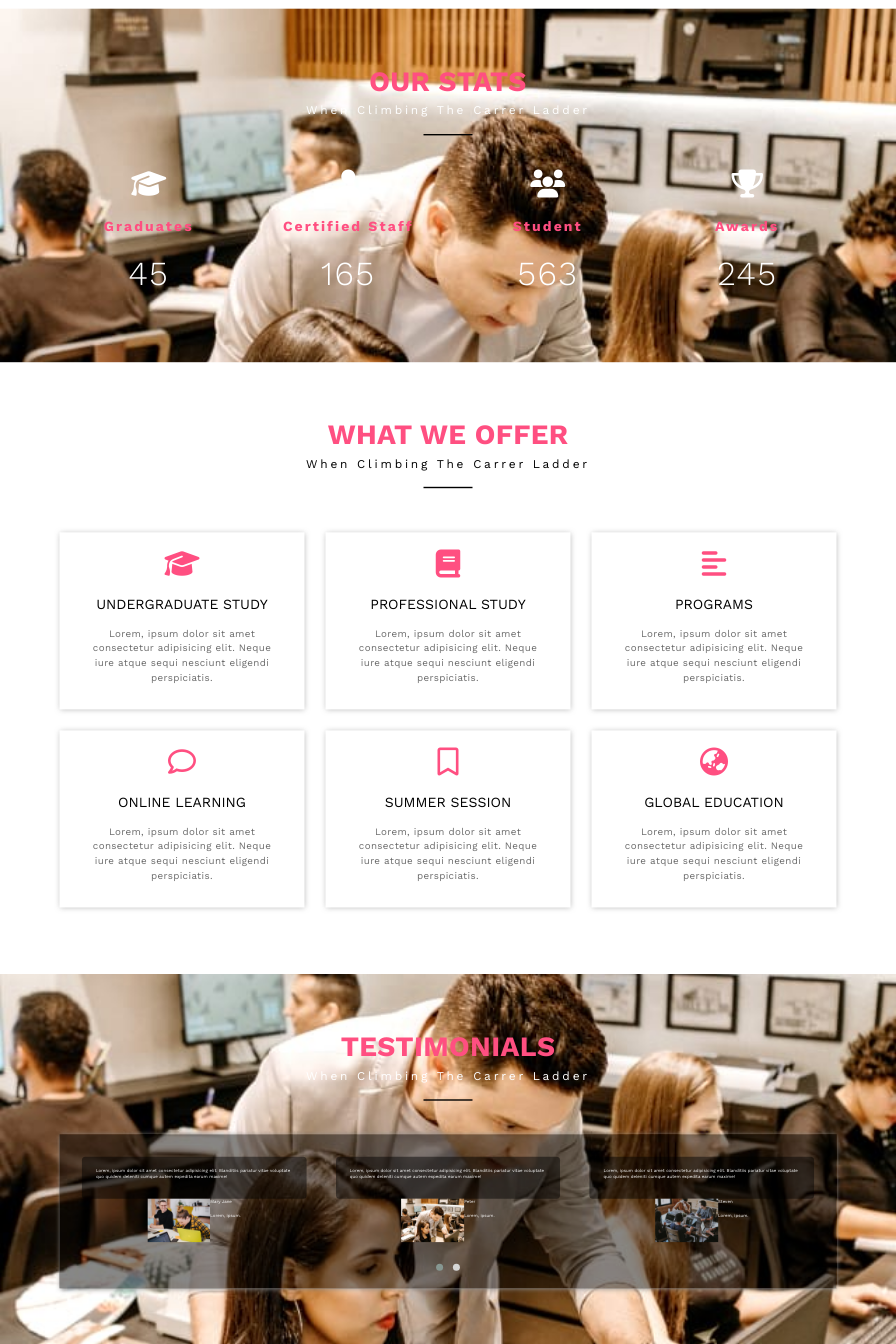
Repository: tudo1611/BC44_BOOTSTRAP_B7_INSTRUCTION_DO-TRUNG-TU
Page: index.html
An editor plug-in stored every save of this project. The page is shown before and after a run of saves, followed by the edit.
The browser window is 1280 px wide. The pictures show the part of the page from y = 1789 to 3709 px (the page is 3709 px tall before and 3686 px after), at 70% of full size.
Backgrounds fixed to the window are drawn as part of the page.

Above is the page before, as saved 2023-01-20 14:37:49.

### index.html
<!DOCTYPE html>
<html lang="en">
  <head>
    <meta charset="UTF-8" />
    <meta http-equiv="X-UA-Compatible" content="IE=edge" />
    <meta name="viewport" content="width=device-width, initial-scale=1.0" />
    <title>Instruction Cyber</title>
    <!-- bs4 css  -->
    <link
      rel="stylesheet"
      href="https://cdn.jsdelivr.net/npm/bootstrap@4.5.3/dist/css/bootstrap.min.css"
      integrity="sha384-TX8t27EcRE3e/ihU7zmQxVncDAy5uIKz4rEkgIXeMed4M0jlfIDPvg6uqKI2xXr2"
      crossorigin="anonymous"
    />
    <!-- font awesome -->
    <link
      rel="stylesheet"
      href="https://cdnjs.cloudflare.com/ajax/libs/font-awesome/6.2.1/css/all.min.css"
      integrity="sha512-MV7K8+y+gLIBoVD59lQIYicR65iaqukzvf/nwasF0nqhPay5w/9lJmVM2hMDcnK1OnMGCdVK+iQrJ7lzPJQd1w=="
      crossorigin="anonymous"
      referrerpolicy="no-referrer"
    />
    <!-- font gg  -->
    <link rel="preconnect" href="https://fonts.googleapis.com" />
    <link rel="preconnect" href="https://fonts.gstatic.com" crossorigin />
    <link
      href="https://fonts.googleapis.com/css2?family=Work+Sans:wght@300;400;700&display=swap"
      rel="stylesheet"
    />
    <!-- owl carousel  -->
    <link rel="stylesheet" href="./css/owl.carousel.min.css" />
    <link rel="stylesheet" href="./css/owl.theme.default.min.css" />
    <!-- main css -->
    <link rel="stylesheet" href="./css/index.css" />
  </head>
  <body>
    <!-- header  -->
    <header>
      <div
        class="header__top d-flex justify-content-between align-items-center py-2 container-fluid"
      >
        <div class="header__left">
          <a href="tel:0961051014" class="text-white mr-4"
            ><i class="fa-solid fa-phone"></i> 096.105.1014</a
          >
          <a href="mailto:info@cybersoft.edu.vn" class="text-white"
            ><i class="fa-regular fa-envelope"></i> info@cybersoft.edu.vn</a
          >
        </div>
        <div class="header__right">
          <a href="#"><i class="fab fa-facebook-f"></i></a>
          <a href="#"><i class="fab fa-twitter"></i></a>
          <a href=""><i class="fab fa-pinterest"></i></a>
          <a href=""><i class="fab fa-linkedin-in"></i></a>
        </div>
      </div>
      <nav class="navInstruction navbar navbar-expand-lg container">
        <a class="navbar-brand text-center" href="#">
          <p class="mb-0"><i class="fa fa-book"></i> INSTRUCTION</p>
          <p class="mb-0">EDUCATION</p>
        </a>
        <button
          class="navbar-toggler"
          type="button"
          data-toggle="collapse"
          data-target="#navbarInstruction"
          aria-controls="navbarNavDropdown"
          aria-expanded="false"
          aria-label="Toggle navigation"
        >
          <i class="fa fa-bars"></i>
        </button>
        <div class="collapse navbar-collapse" id="navbarInstruction">
          <ul class="navbar-nav ml-auto">
            <li class="nav-item active">
              <a class="nav-link" href="#"
                >HOME <span class="sr-only">(current)</span></a
              >
            </li>
            <li class="nav-item">
              <a class="nav-link" href="#">ABOUT</a>
            </li>
            <li class="nav-item">
              <a class="nav-link" href="#">SERVICES</a>
            </li>
            <li class="nav-item">
              <a class="nav-link" href="#">GALLERY</a>
            </li>
            <li class="nav-item dropdown">
              <a
                class="nav-link dropdown-toggle"
                href="#"
                id="navbarDropdownMenuLink"
                role="button"
                data-toggle="dropdown"
                aria-haspopup="true"
                aria-expanded="false"
              >
                PAGES
              </a>
              <div
                class="dropdown-menu"
                aria-labelledby="navbarDropdownMenuLink"
              >
                <a class="dropdown-item" href="#">Codes</a>
                <a class="dropdown-item" href="#">Icons</a>
              </div>
            </li>
            <li class="nav-item">
              <a class="nav-link" href="#">CONTACT</a>
            </li>
          </ul>
        </div>
      </nav>
    </header>
    <!-- carousel -->
    <section class="cyberCarousel">
      <div id="carouselCyber" class="carousel slide" data-ride="carousel">
        <ol class="carousel-indicators">
          <li
            data-target="#carouselCyber"
            data-slide-to="0"
            class="active"
          ></li>
          <li data-target="#carouselCyber" data-slide-to="1"></li>
          <li data-target="#carouselCyber" data-slide-to="2"></li>
        </ol>
        <div class="carousel-inner">
          <div class="carousel-item active">
            <img src="./img/g1.jpg" class="d-block w-100" alt="..." />
            <div class="container carousel-caption d-none d-md-block">
              <h1>Graphic Work Designing.</h1>
              <p>
                Any successful career statrs with good education. Together with
                us you will have deeper knownledge of the subjects
              </p>
              <button class="btn">
                Read More <i class="fa fa-angle-double-right"></i>
              </button>
            </div>
          </div>
          <div class="carousel-item">
            <img src="./img/g2.jpg" class="d-block w-100" alt="..." />
            <div class="container carousel-caption d-none d-md-block">
              <h1>Financial Analyst Course.</h1>
              <p>
                Any successful career statrs with good education. Together with
                us you will have deeper knownledge of the subjects
              </p>
              <button class="btn">
                Read More <i class="fa fa-angle-double-right"></i>
              </button>
            </div>
          </div>
          <div class="carousel-item">
            <img src="./img/g3.jpg" class="d-block w-100" alt="..." />
            <div class="container carousel-caption d-none d-md-block">
              <h1>Digital Marketing Course.</h1>
              <p>
                Any successful career statrs with good education. Together with
                us you will have deeper knownledge of the subjects
              </p>
              <button class="btn">
                Read More <i class="fa fa-angle-double-right"></i>
              </button>
            </div>
          </div>
        </div>
        <a
          class="carousel-control-prev"
          href="#carouselCyber"
          role="button"
          data-slide="prev"
        >
          <span class="carousel-control-prev-icon" aria-hidden="true"></span>
          <span class="sr-only">Previous</span>
        </a>
        <a
          class="carousel-control-next"
          href="#carouselCyber"
          role="button"
          data-slide="next"
        >
          <span class="carousel-control-next-icon" aria-hidden="true"></span>
          <span class="sr-only">Next</span>
        </a>
      </div>
    </section>
    <!-- welcome  -->
    <section class="welcome section">
      <div class="heading">
        <h2>WELCOME TO EDUCATION</h2>
        <p>When Climbing The Carrer Ladder</p>
      </div>
      <div class="welcome__content">
        <p>
          Lorem ipsum dolor sit amet consectetur adipisicing elit. Sed ut eaque
          voluptatem officiis dolorem? Dolore, quia. Id deleniti in tenetur!
        </p>
        <div class="welcome__courses container">
          <div class="row">
            <div class="welcome__col col-4 border border-dark">
              <div class="welcome__item">
                <i class="fa fa-desktop"></i>
                <h3>Design Course</h3>
                <h4>Fashion Design</h4>
                <p>Lorem ipsum dolor sit amet.</p>
                <h4>Interior Design</h4>
                <p>Lorem ipsum dolor sit amet.</p>
                <h4>Graphic Design</h4>
                <p>Lorem ipsum dolor sit amet.</p>
              </div>
            </div>
            <div class="welcome__col col-4 border border-dark">
              <div class="welcome__item">
                <i class="fa fa-arrows-alt"></i>
                <h3>Marketing Course</h3>
                <h4>Facebook Marketing</h4>
                <p>Lorem ipsum dolor sit amet.</p>
                <h4>Youtube Marketing</h4>
                <p>Lorem ipsum dolor sit amet.</p>
                <h4>Twitter Marketing</h4>
                <p>Lorem ipsum dolor sit amet.</p>
              </div>
            </div>
            <div class="welcome__col col-4 border border-dark">
              <div class="welcome__item">
                <i class="fa fa-chart-bar"></i>
                <h3>Financial Course</h3>
                <h4>Complexities Of Banking</h4>
                <p>Lorem ipsum dolor sit amet.</p>
                <h4>Compliance Regulation</h4>
                <p>Lorem ipsum dolor sit amet.</p>
                <h4>Finance Products</h4>
                <p>Lorem ipsum dolor sit amet.</p>
              </div>
            </div>
          </div>
        </div>
      </div>
    </section>
    <!-- our stats  -->
    <section class="ourStats section">
      <div class="heading heading--white">
        <h2>OUR STATS</h2>
        <p>When Climbing The Carrer Ladder</p>
      </div>
      <div class="outStats__content container">
        <div class="row">
          <div class="col-3">
            <div class="ourStats__item">
              <i class="fa fa-graduation-cap"></i>
              <h3>Graduates</h3>
              <p>45</p>
            </div>
          </div>
          <div class="col-3">
            <div class="ourStats__item">
              <i class="fa fa-user"></i>
              <h3>Certified Staff</h3>
              <p>165</p>
            </div>
          </div>
          <div class="col-3">
            <div class="ourStats__item">
              <i class="fa fa-users"></i>
              <h3>Student</h3>
              <p>563</p>
            </div>
          </div>
          <div class="col-3">
            <div class="ourStats__item">
              <i class="fa fa-trophy"></i>
              <h3>Awards</h3>
              <p>245</p>
            </div>
          </div>
        </div>
      </div>
    </section>
    <!-- offer -->
    <section class="offer section">
      <div class="heading">
        <h2>WHAT WE OFFER</h2>
        <p>When Climbing The Carrer Ladder</p>
      </div>
      <div class="offer__content container">
        <div class="row">
          <div class="col-4 offer__col">
            <div class="offer__item">
              <i class="fa fa-graduation-cap"></i>
              <h3>UNDERGRADUATE STUDY</h3>
              <p>
                Lorem, ipsum dolor sit amet consectetur adipisicing elit. Neque
                iure atque sequi nesciunt eligendi perspiciatis.
              </p>
            </div>
          </div>
          <div class="col-4 offer__col">
            <div class="offer__item">
              <i class="fa fa-book"></i>
              <h3>PROFESSIONAL STUDY</h3>
              <p>
                Lorem, ipsum dolor sit amet consectetur adipisicing elit. Neque
                iure atque sequi nesciunt eligendi perspiciatis.
              </p>
            </div>
          </div>
          <div class="col-4 offer__col">
            <div class="offer__item">
              <i class="fa fa-align-left"></i>
              <h3>PROGRAMS</h3>
              <p>
                Lorem, ipsum dolor sit amet consectetur adipisicing elit. Neque
                iure atque sequi nesciunt eligendi perspiciatis.
              </p>
            </div>
          </div>
          <div class="col-4 offer__col">
            <div class="offer__item">
              <i class="fa-regular fa-comment"></i>
              <h3>ONLINE LEARNING</h3>
              <p>
                Lorem, ipsum dolor sit amet consectetur adipisicing elit. Neque
                iure atque sequi nesciunt eligendi perspiciatis.
              </p>
            </div>
          </div>
          <div class="col-4 offer__col">
            <div class="offer__item">
              <i class="fa-regular fa-bookmark"></i>
              <h3>SUMMER SESSION</h3>
              <p>
                Lorem, ipsum dolor sit amet consectetur adipisicing elit. Neque
                iure atque sequi nesciunt eligendi perspiciatis.
              </p>
            </div>
          </div>
          <div class="col-4 offer__col">
            <div class="offer__item">
              <i class="fa fa-globe-asia"></i>
              <h3>GLOBAL EDUCATION</h3>
              <p>
                Lorem, ipsum dolor sit amet consectetur adipisicing elit. Neque
                iure atque sequi nesciunt eligendi perspiciatis.
              </p>
            </div>
          </div>
        </div>
      </div>
    </section>
    <!-- feedback -->
    <section class="feedback section">
      <div class="heading heading--white">
        <h2>TESTIMONIALS</h2>
        <p>When Climbing The Carrer Ladder</p>
      </div>
      <div class="container">
        <div class="feedback__content">
          <div class="owl-carousel owl-theme">
            <div class="item">
              <div class="feedback__top">
                <p>Lorem, ipsum dolor sit amet consectetur adipisicing elit. Blanditiis pariatur vitae voluptate quo quidem deleniti cumque autem expedita earum maxime!</p>
              </div>
              <div class="feedback__bottom">
                <img src="./img/g1.jpg" alt="">
                <div class="feedback__name">
                  <p>Mary Jane</p>
                  <p>Lorem, ipsum.</p>
                </div>
              </div>
            </div>
            <div class="item">
              <div class="feedback__top">
                <p>Lorem, ipsum dolor sit amet consectetur adipisicing elit. Blanditiis pariatur vitae voluptate quo quidem deleniti cumque autem expedita earum maxime!</p>
              </div>
              <div class="feedback__bottom">
                <img src="./img/g2.jpg" alt="">
                <div class="feedback__name">
                  <p>Peter</p>
                  <p>Lorem, ipsum.</p>
                </div>
              </div>
            </div>
            <div class="item">
              <div class="feedback__top">
                <p>Lorem, ipsum dolor sit amet consectetur adipisicing elit. Blanditiis pariatur vitae voluptate quo quidem deleniti cumque autem expedita earum maxime!</p>
              </div>
              <div class="feedback__bottom">
                <img src="./img/g3.jpg" alt="">
                <div class="feedback__name">
                  <p>Steven</p>
                  <p>Lorem, ipsum.</p>
                </div>
              </div>
            </div>
            <div class="item">
              <div class="feedback__top">
                <p>Lorem, ipsum dolor sit amet consectetur adipisicing elit. Blanditiis pariatur vitae voluptate quo quidem deleniti cumque autem expedita earum maxime!</p>
              </div>
              <div class="feedback__bottom">
                <img src="./img/g1.jpg" alt="">
                <div class="feedback__name">
                  <p>Wilson</p>
                  <p>Lorem, ipsum.</p>
                </div>
              </div>
            </div>
            <div class="item">
              <div class="feedback__top">
                <p>Lorem, ipsum dolor sit amet consectetur adipisicing elit. Blanditiis pariatur vitae voluptate quo quidem deleniti cumque autem expedita earum maxime!</p>
              </div>
              <div class="feedback__bottom">
                <img src="./img/g2.jpg" alt="">
                <div class="feedback__name">
                  <p>Guptill</p>
                  <p>Lorem, ipsum.</p>
                </div>
              </div>
            </div>

          </div>
        </div>
      </div>
    </section>
    <!-- new -->
    <section class="news"></section>
    <!-- footer  -->
    <footer></footer>

    <!-- thu vien ho tro -->
    <script
      src="https://cdnjs.cloudflare.com/ajax/libs/jquery/3.6.3/jquery.min.js"
      integrity="sha512-STof4xm1wgkfm7heWqFJVn58Hm3EtS31XFaagaa8VMReCXAkQnJZ+jEy8PCC/iT18dFy95WcExNHFTqLyp72eQ=="
      crossorigin="anonymous"
      referrerpolicy="no-referrer"
    ></script>
    <!-- owl js  -->
    <script src="./js/owl.carousel.min.js"></script>
    <script>
      $('.owl-carousel').owlCarousel({
    loop:true,
    margin:10,
    responsive:{
        0:{
            items:1
        },
        600:{
            items:3
        },
        1000:{
            items:3
        }
    }
})
    </script>
    <!-- bs4 js  -->
    <script
      src="https://cdn.jsdelivr.net/npm/bootstrap@4.5.3/dist/js/bootstrap.bundle.min.js"
      integrity="sha384-ho+j7jyWK8fNQe+A12Hb8AhRq26LrZ/JpcUGGOn+Y7RsweNrtN/tE3MoK7ZeZDyx"
      crossorigin="anonymous"
    ></script>
  </body>
</html>

### css/index.css
/* global */
*{
    margin: 0;
    padding: 0;
    box-sizing: border-box;
}

html, body{
    font-family: 'Work Sans', sans-serif;
    font-size: 62.5%;
}
.heading{
    text-align: center;
    margin-bottom: 4.8rem;
}

.heading h2{
    font-size: 4rem;
    color: #ff4f81;
    font-weight: bold;
    letter-spacing: .5px;
}
.heading p{
    font-size: 1.7rem;
    text-transform: capitalize;
    letter-spacing: 0.4rem;
    color: #000;
}
.heading p::after{
    content: "";
    width: 7rem;
    height: 0.2rem;
    background-color: #000;
    display: block;
    margin: 2rem auto;
}
.section{
    padding: 8rem 0;
}
.heading--white p{
    color: #fff;
}

/* header  */
.header__top {
    background-color: #ff4f81;
    font-size: 1.4rem;
}
.header__top a{
    text-decoration: none;
    color: #fff;
    transition: all .5s;
}
.header__left a:hover{
    color: #000 !important;
}
.header__right a{
    display: inline-block;
    text-align: center;
    width: 3rem;
    height: 3rem;
    line-height: 3rem;
    background-color: #000;
    border: 1px solid #000;
    margin-left: 0.25rem;
}
.header__right a:hover{
    background-color: #ff4f81;
    border-color: #fff;
}
.navInstruction a{
    color: #000;
    font-weight: bold;
}
.navInstruction .navbar-brand p:first-child{
    font-size: 3.6rem;

}
.navInstruction .navbar-brand p:first-child i{
    transform: skewX(-10deg);
}
.navInstruction .navbar-brand p:last-child{
    font-size: 1.1rem;
    color: #ff4f81;
    letter-spacing: 0.3rem;
}
#navbarInstruction .nav-link{
    font-size: 1.4rem;font-weight: bold;
    letter-spacing: 1px;
    transition: all .5s;
}
#navbarInstruction .nav-item:hover .nav-link{
    color: #ff4f81;
}
#navbarInstruction .nav-item{
    margin: 0 1.5rem;
}
#navbarInstruction .nav-item:after{
    content: "";
    display: inline-block;
    width: 0%;
    height: 0.2rem;
    background-color: #ff4f81;
    transition: all .5s;
}
#navbarInstruction .nav-item:hover::after{
    width: 100%;
}
#navbarInstruction .nav-item.active .nav-link{
    color: #ff4f81;
}
#navbarInstruction .nav-item.active::after{
    width: 100%;
}
#navbarInstruction .dropdown-menu{
    background-color: rgba(0, 0, 0, 0.6);
    border: 1px solid rgba(0, 0, 0, 0.6);
}
#navbarInstruction .dropdown-item{
    color: #fff;
    transition: all .5s;
}
#navbarInstruction .dropdown-item:focus, #navbarInstruction .dropdown-item:hover {
    background-color: transparent;
    color:#ff4f81;
}

/* carousel  */


#carouselCyber .carousel-caption{
    top: 60%;
    left: 50%;
    transform: translate(-50% , -50%);
}
#carouselCyber .carousel-caption h1{
    font-size: 5.2rem;
}
#carouselCyber .carousel-caption p{
    font-size: 1.6rem;
    font-weight: 300;
    letter-spacing: 0.4rem;
    line-height: 1.8rem;
    width: 70%;
    margin: auto;
    margin-bottom: 2.5rem;
}
#carouselCyber .carousel-caption .btn{
    padding: 1.1rem 2rem;
    color: #fff;
    border: 1px solid #fff;
    border-radius: 0;
    letter-spacing: 0.2rem;
    font-size: 1.4rem;
    transition: all .5s;
}
#carouselCyber .carousel-caption .btn:hover{
    background-color: #ff4f81;
    border-color: #ff4f81;
}
/* welcome  */
.welcome__content>p{
    width: 80%;
    margin: auto;
    text-align: center;
    font-size: 1.5rem;
    line-height: 1.8em;
    color: #999;
    letter-spacing: 1px;
    padding: 1rem 0 5rem;
}
.welcome__item i{
    font-size: 3.2rem;
}
.welcome__item h3{
    color: #ff4f81;
    font-weight: bold;
    font-size: 3rem;
    margin: 1.6rem 0;
}
.welcome__item h4{
    color: #000;
    font-size: 1.6rem;
    font-weight: bold;
    margin: 1.6rem 0 0.32rem;
    text-transform: uppercase;
}
.welcome__item p{
    color: #999;
    font-size: 1.6rem;
    line-height: 1.8em;
    margin: 1rem 0 0;
    letter-spacing: 1px;
}
.welcome__col{
    padding: 3.2rem;
}
/* ourstats  */
.ourStats{
    background-image: url(../img/g2.jpg);
    background-size: cover;
    background-attachment: fixed;
}
.outStats__content{
    text-align: center;
    color: #fff;
}
.outStats__content i{
    font-size: 4rem;
}
.outStats__content h3{
    font-size: 2rem;
    letter-spacing: 3px;
    font-weight: bold;
    margin: 3rem 0 2rem;
    color: #ff4f81;
}
.outStats__content p{
    font-size: 4.8rem;
    letter-spacing: 2px;
    font-weight: 300;
}
/* offer  */
.offer__col{
    padding: 1.5rem;
}
.offer__item{
    padding: 2.5rem 4rem;
    text-align: center;
    background-color: #fff;
    box-shadow: 0px 1px 8px 0px rgba(158, 158, 158, 0.75);
    transition: all .5s;
}
.offer__item:hover{
    background-color: #12ccc3;
}
.offer__item i{
    color: #ff4f81;
    font-size: 4rem;
}
.offer__item h3{
    font-size: 2rem;
    margin: 2.5rem 0 2rem;
    color: #000;
}
.offer__item p{
    font-size: 1.4rem;
    letter-spacing: .5px;
    color: #6b6b6b;
}
/* carousel  */
.feedback{
    background-image: url(../img/g2.jpg);
    background-size: cover;
    background-attachment: fixed;
    background-position: center;
}
.feedback__content{
    background-color: rgba(0, 0, 0, 0.47);
    box-shadow: 0px 1px 7px #8e8e8e;
    padding: 1.6rem;
}
.feedback__content .item{
    color: #fff;
    padding: 1.6rem;
}
.feedback__top{
    padding: 1.6rem 2rem;
    border-radius: 5px;
    background-color:  rgba(0, 0, 0, 0.47);
}
.feedback__content .feedback__bottom img{
    width: 28%;
    display: inline-block;
}
.feedback__bottom{
    display: flex;
    justify-content: center;

}

Loaded but not shown: css/owl.carousel.min.css (library); css/owl.theme.default.min.css (common file); js/owl.carousel.min.js (library)

After the next 2 saves:
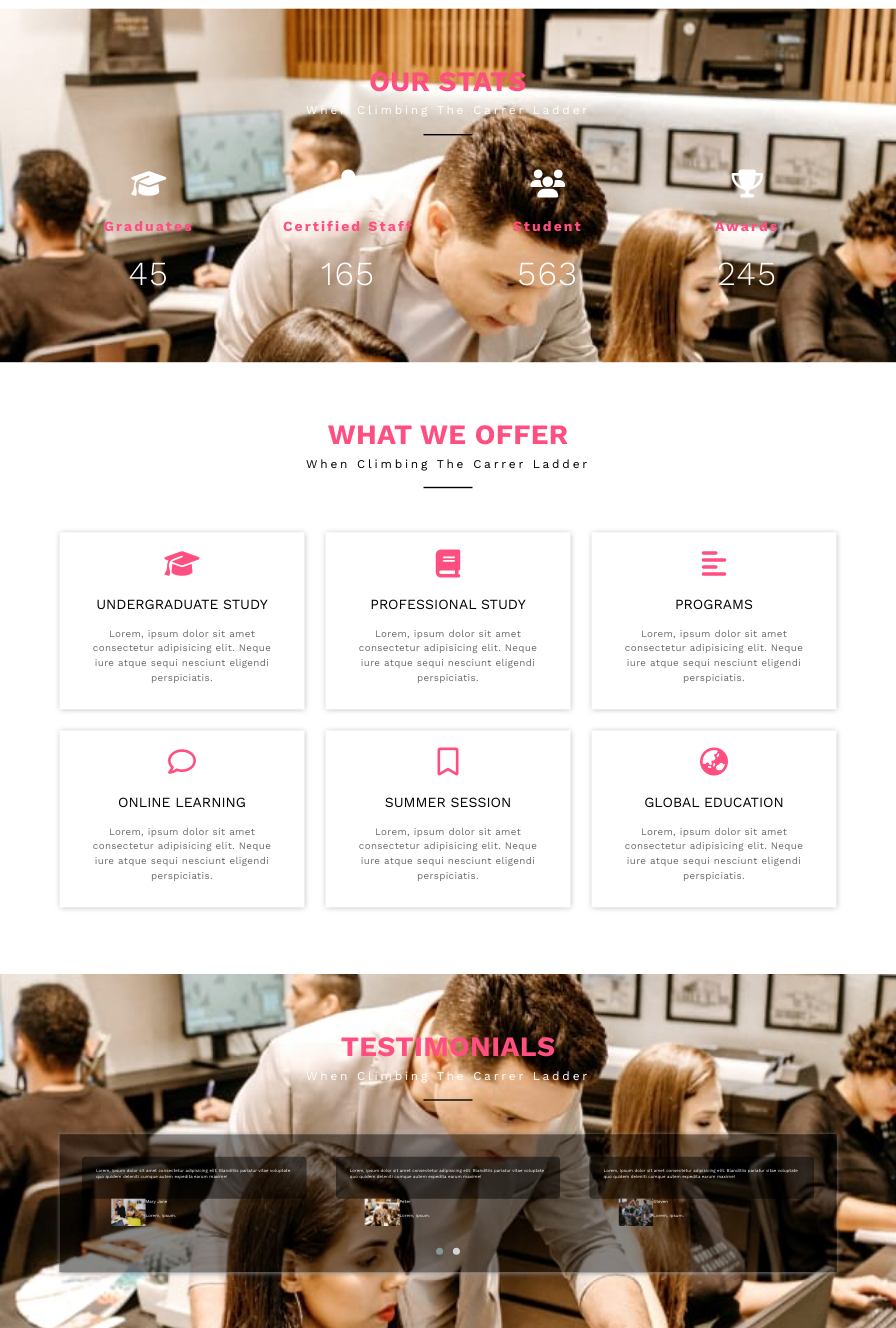
The 2 saves are shown as one change because they came seconds apart.
The last was saved 7 s later.
--- a/css/index.css
+++ b/css/index.css
@@ -276,5 +276,5 @@ html, body{
 .feedback__bottom{
     display: flex;
     justify-content: center;
-
-}
+    width: 55%;
+}
